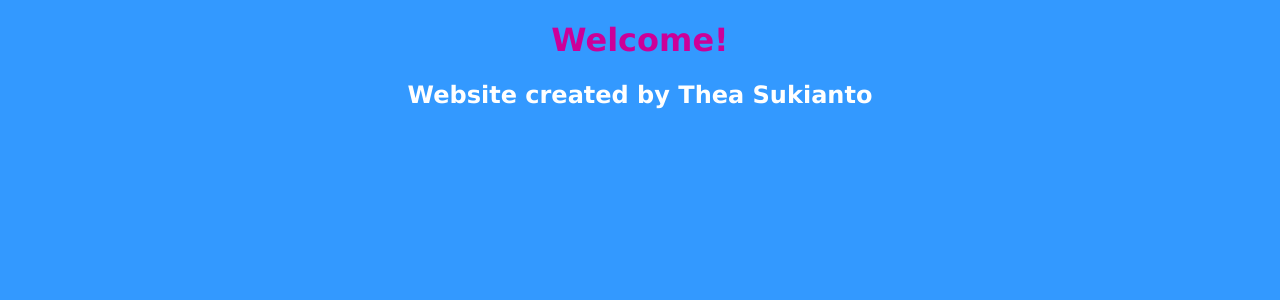
Repository: m-rabbit/b1_sukianto_code
Page: websites/MyIntroWebsite_01/index.html
These files come from the project's save history. The page is drawn as it stood at one moment and after the next save; the edit follows.
The browser window is 1280 px wide. The pictures show the whole page.

Above is the page before, as saved 2016-08-25 15:05:25.

### websites/MyIntroWebsite_01/index.html
<!DOCTYPE html>

<html>

	<head>

		<meta charset="UTF-8">
		<title> Thea's Intro Website </title>
		<link rel="stylesheet" type="text/css" href="CSS/intro.css">

	</head>

	<body>
		<h1> Welcome! </h1>
		<h2> Website created by Thea Sukianto </h2>
	</body>
</html>

### websites/MyIntroWebsite_01/CSS/intro.css
body {
	background-color: #3399ff;
	font-family: Verdana, Arial;
}

h1 {
	text-align: center;
	color: #cc0099;
}

h2 {
	text-align: center;
	color: #ffffff;
}

After the next save:
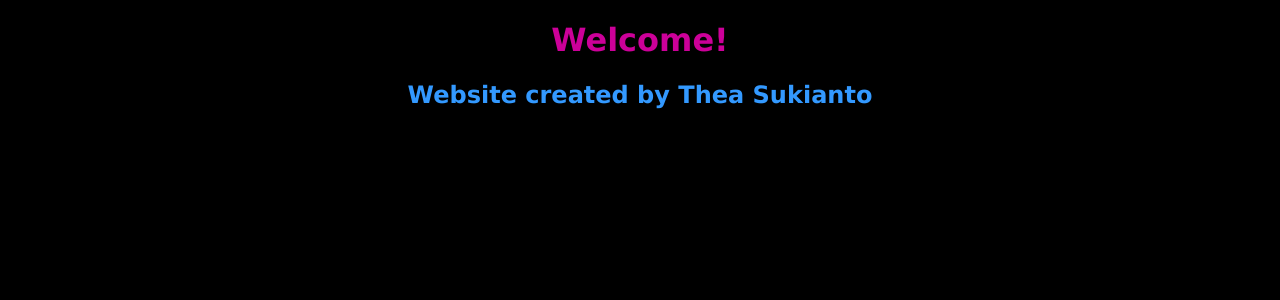
Saved 48 s later.
--- a/websites/MyIntroWebsite_01/CSS/intro.css
+++ b/websites/MyIntroWebsite_01/CSS/intro.css
@@ -1,5 +1,5 @@
 body {
-	background-color: #3399ff;
+	background-color: #000000;
 	font-family: Verdana, Arial;
 }
 
@@ -10,5 +10,5 @@ h1 {
 
 h2 {
 	text-align: center;
-	color: #ffffff;
+	color:#3399ff;
 }
